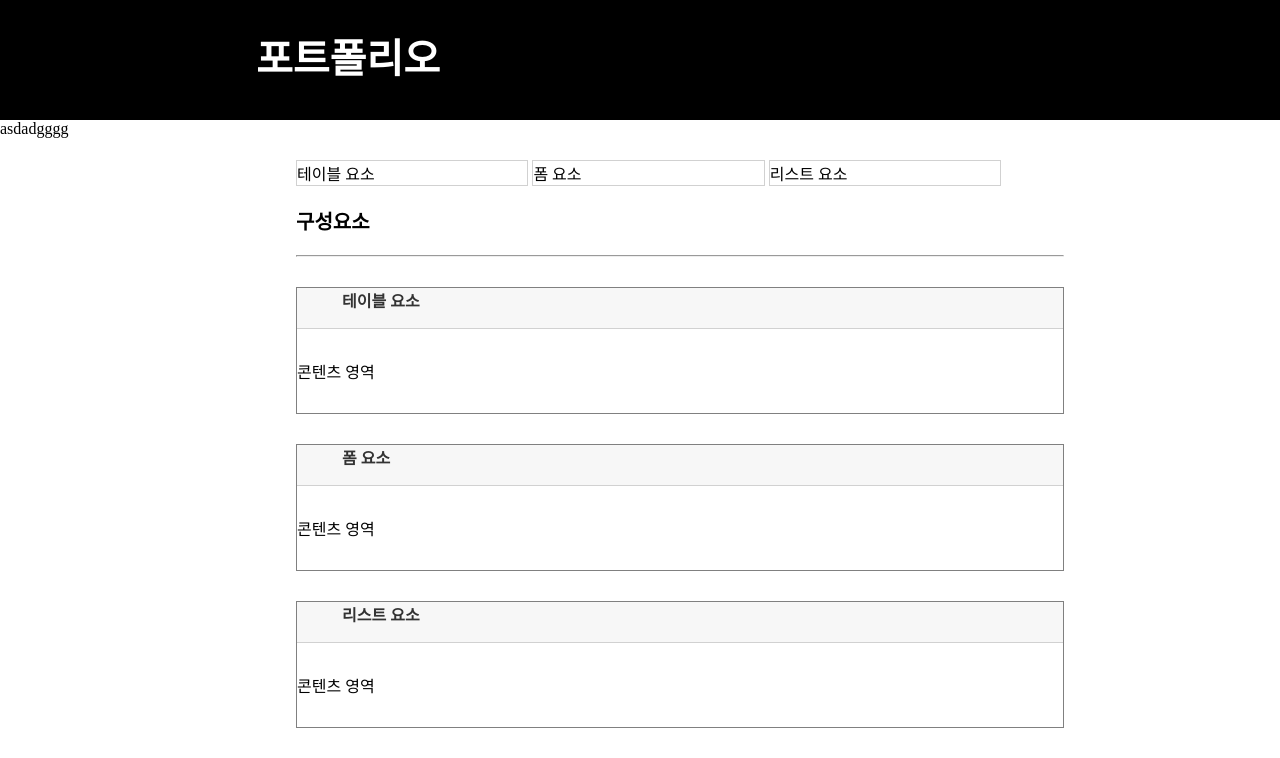
Repository: ItChoi/CSS-Study
Page: Css/WebContent/html/boostcourse/project-A1/portfolio.html
The author's editor kept a copy of each file at every save. The page is drawn from the files as they stood at one save, then again after the next save.
The browser window is 1280 px wide. The pictures show the whole page.

Above is the page before, as saved 2019-06-18 10:47:54.

### Css/WebContent/html/boostcourse/project-A1/portfolio.html
<!DOCTYPE html>
<html>
<head>
	<link href="../../../css/boostcourse/project-A1/portfolio.css" rel="stylesheet" type="text/css">

</head>
<body>
	<div class="wrap">

		<div class="header">

		</div>

		<div class="content">

			<div class="con_header">
				<p class="title">포트폴리오</p>
			</div>

			<div class="con_content">

				<div class="button_list">
					<ul>
						<li class="button_elements">테이블 요소</li>
						<li class="button_elements">폼 요소</li>
						<li class="button_elements">리스트 요소</li>
					</ul>
				</div>

				<div class="element">
					<p class="element_title">구성요소</p>
					<hr/>

					<div class="elements_box">
						<div class="e_table ele">
							<div class="ele_title">
								<p class="ele_text">테이블 요소</p>
							</div>
							<div class="ele_content">
								콘텐츠 영역
							</div>
						</div>

						<div class="e_form ele">
							<div class="ele_title">
								<p class="ele_text">폼 요소</p>
							</div>
							<div class="ele_content">
								콘텐츠 영역
							</div>
						</div>

						<div class="e_list ele">
							<div class="ele_title">
								<p class="ele_text">리스트 요소</p>
							</div>
							<div class="ele_content">
								콘텐츠 영역
							</div>
						</div>

					</div>

				</div>

			</div>

		</div>

		<div class="footer">
		asdadgggg
		</div>


	</div>

</body>
</html>

### Css/WebContent/css/boostcourse/project-A1/portfolio.css
html, body, .wrap {
	margin: 0px;
	padding: 0px;
}

.header {
	width: 100%;
	height: 120px;
	background: #000;

	position: relative;
}

.content {
	position: absolute;
	top: 0;
	left: 20%;
	right: 20%;
}

.con_header {
	height: 120px;
}

.title {
	margin: 0px;
	color: #fff;
	font-size: 40px;
	font-weight: bold;
	line-height: 120px;
}

.con_content {
	width: 100%;
	padding-left: 40px;
	padding-right: 40px;
}

ul {
	margin: 0px;
	padding: 0px;
	margin-top: 40px;
	list-style: none;
}

.button_elements {
	display: inline-block;
	border:  1px solid #d1d1d1;
	width: 30%;
}

.button_elements:HOVER {
	background-color: #454545;
	font-weight: bold;
}

.element_title {
	font-size: 20px;
	color: #000;
	font-weight: bold;
}

hr {
/* 	border: 1px solid #454545; */
}

.elements_box {
	margin-top: 30px;
}

.ele {
	margin-bottom: 30px;
	border: 1px solid gray;
}

.ele_title {
	background-color: #f7f7f7;
	border-bottom: 1px solid #d1d1d1;
	height: 40px;
	padding-left: 15px;
}

.ele_text {
	margin: 0px;
	margin-left: 30px;
	color: #333;
	font-size: 16px;
	font-weight: bold;
}

.ele_content {
	margin-top: 30px;
	margin-bottom: 30px;
}

After the next save:
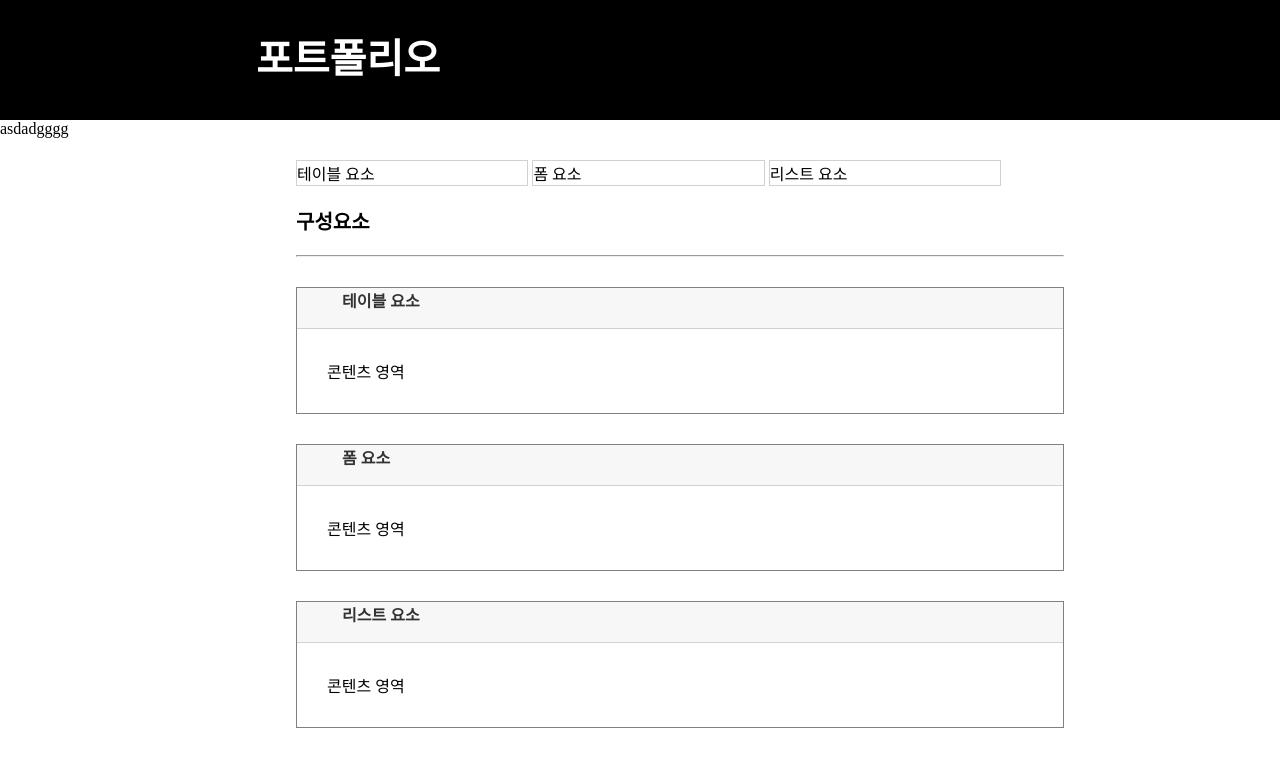
Saved 10 s later.
--- a/Css/WebContent/css/boostcourse/project-A1/portfolio.css
+++ b/Css/WebContent/css/boostcourse/project-A1/portfolio.css
@@ -89,6 +89,5 @@ hr {
 }
 
 .ele_content {
-	margin-top: 30px;
-	margin-bottom: 30px;
+	margin: 30px;
 }
